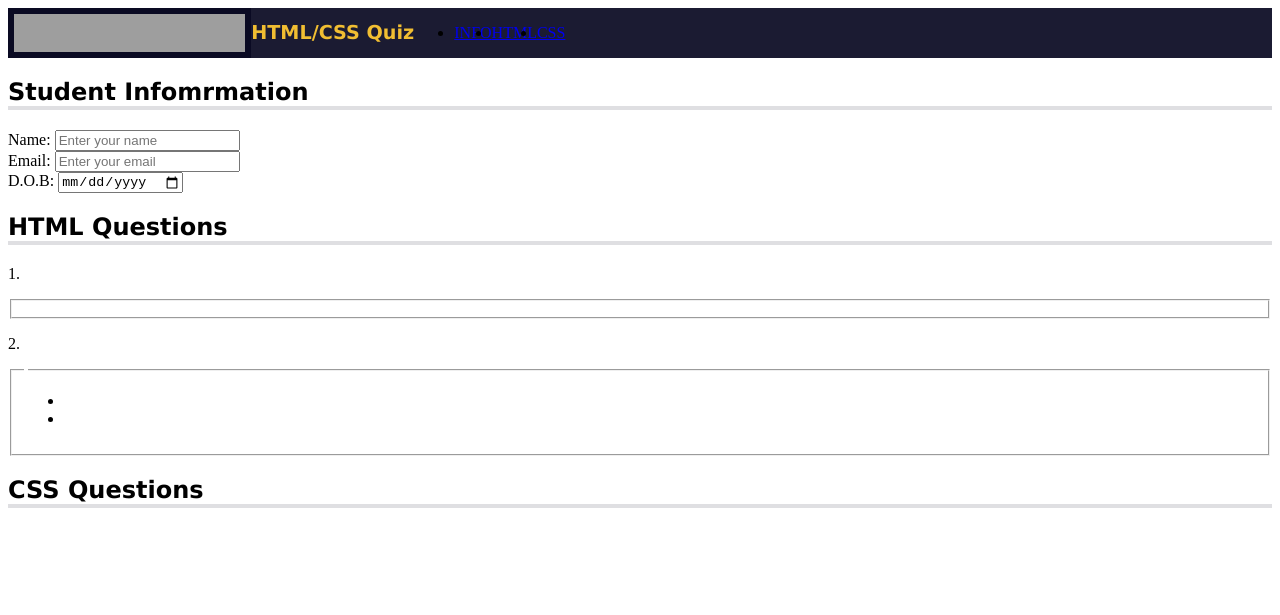
Repository: Lungdjos/accessibility_build_quiz
Page: index.html
The author's editor kept a copy of each file at every save. The page is drawn from the files as they stood at one save, then again after the next save.
The browser window is 1280 px wide. The pictures show the whole page.
Pictures or frames that could not be fetched are drawn as grey boxes.

Above is the page before, as saved 2023-10-28 11:06:12.

After the next save:
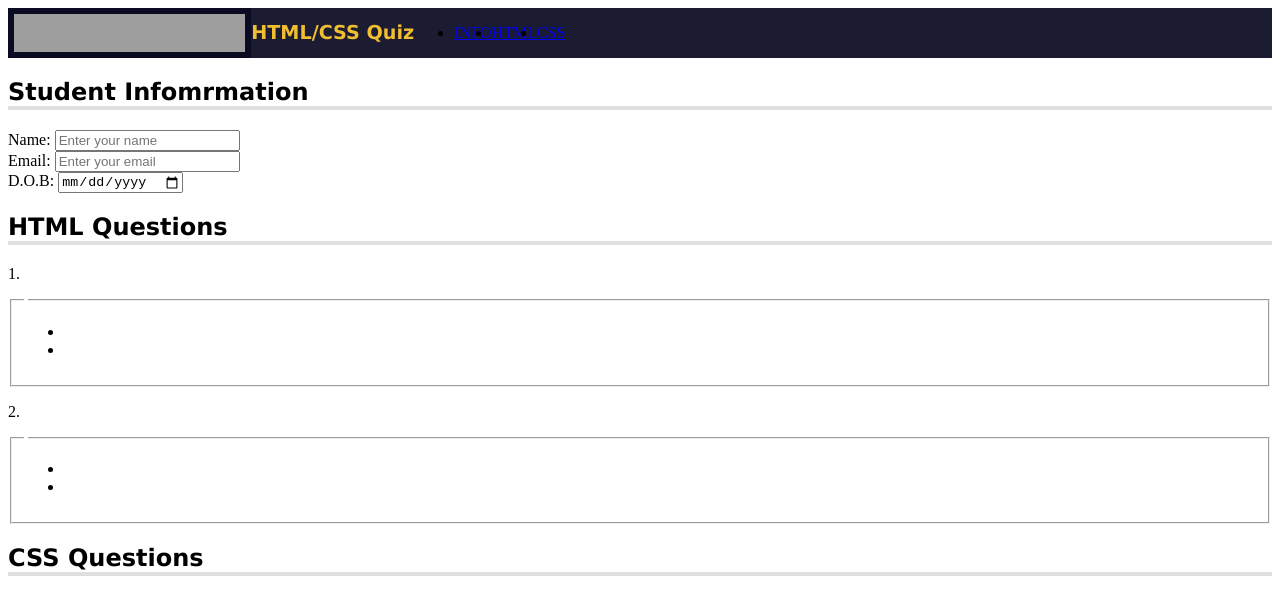
Saved 14 s later.
--- a/index.html
+++ b/index.html
@@ -49,7 +49,13 @@
                 <h2 id="html-questions">HTML Questions</h2>
                 <div class="question-block">
                     <p>1.</p>
-                    <fieldset class="question"></fieldset>
+                    <fieldset class="question">
+                        <legend></legend>
+                        <ul>
+                            <li></li>
+                            <li></li>
+                        </ul>
+                    </fieldset>
                 </div>
                 <div class="question-block">
                     <p>2.</p>
